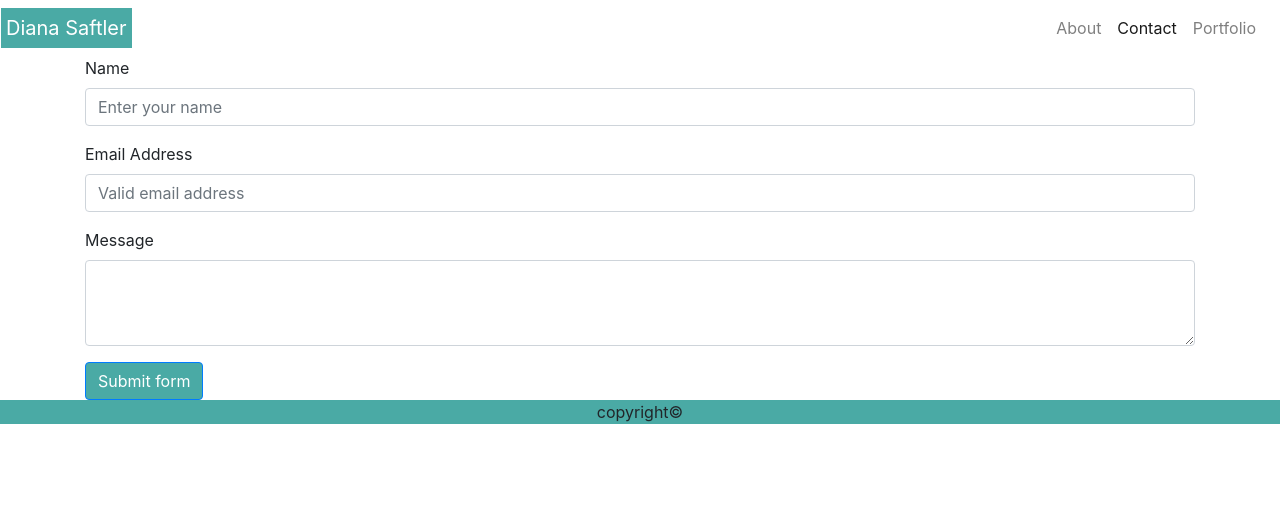
Repository: dsaftler/Bootstrap-Portfolio
Page: contact.html
An editor plug-in stored every save of this project. The page is shown before and after the next save, followed by the edit.
The browser window is 1280 px wide. The pictures show the whole page.

Above is the page before, as saved 2019-03-21 01:05:18.

### contact.html
<!DOCTYPE html>
<html lang="en">
<head>
  <meta charset="UTF-8">
  <meta name="viewport" content="width=device-width, initial-scale=1.0">
  <meta http-equiv="X-UA-Compatible" content="ie=edge">
  <link rel="stylesheet" href="https://stackpath.bootstrapcdn.com/bootstrap/4.1.3/css/bootstrap.min.css" integrity="sha384-MCw98/SFnGE8fJT3GXwEOngsV7Zt27NXFoaoApmYm81iuXoPkFOJwJ8ERdknLPMO" crossorigin="anonymous">
  <link rel="icon" href="assets/images/Peony.jpg" type="image/jpg" sizes="16x16">
  <title>Contact</title>
</head>
<body>
    <nav class="navbar navbar-expand-lg navbar-light" >
        <a class="navbar-brand"  style="background-color: #4aaaa5; color: white; padding-right: 5px; padding-left: 5px; margin-left: -15px" href="#"> Diana Saftler </a>
        <button class="navbar-toggler" type="button" data-toggle="collapse" data-target="#navbarSupportedContent" aria-controls="navbarSupportedContent" aria-expanded="false" aria-label="Toggle navigation">
          <span class="navbar-toggler-icon"></span>
        </button>

        <div class="collapse navbar-collapse" id="navbarSupportedContent">
          <ul class="navbar-nav ml-auto">
            <li class="nav-item">
              <a class="nav-link" href="index.html">About</a>
            </li>
            <li class="nav-item active">
              <a class="nav-link" href="contact.html">Contact<span class="sr-only">(current)</span></a>
            </li>
            <li class="nav-item">
                <a class="nav-link"  href="portfolio.html">Portfolio</a>
             </li>
          </ul>
        </div>
      </nav>
      <div class="container">
          <form>
              <div class="form-group">
                <label for="formGroupExampleInput">Name</label>
                <input type="text" class="form-control" id="formGroupExampleInput" placeholder="Enter your name">
              </div>
              <div class="form-group">
                <label for="formGroupExampleInput2">Email Address</label>
                <input type="text" class="form-control" id="formGroupExampleInput2" placeholder="Valid email address">
              </div>
              <div class="form-group">
                <label for="exampleFormControlTextarea1">Message</label>
                <textarea class="form-control" id="exampleFormControlTextarea1" rows="3"></textarea>
              </div>
              <button class="btn btn-primary" type="submit"; style="background-color: #4aaaa5">Submit form</button>
            </form>
      </div>
      <footer class="footer text-center"; style="background-color:#4aaaa5">
          <div class="container" >
            <span >copyright&copy</span>
          </div>
     </footer>


</body>
</html>

After the next save:
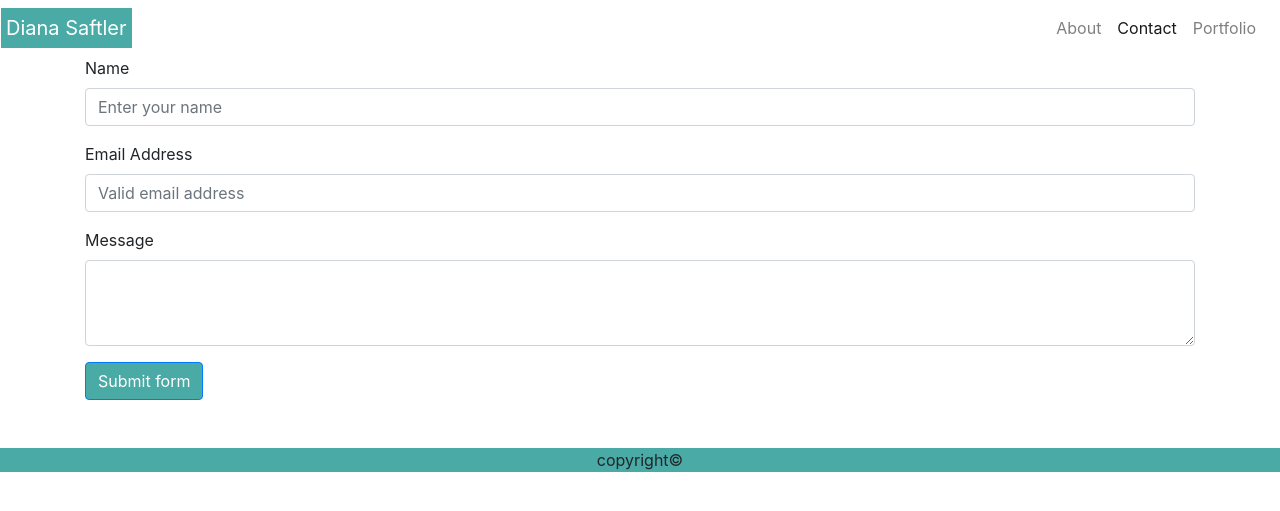
Saved 69 s later.
--- a/contact.html
+++ b/contact.html
@@ -43,7 +43,7 @@
                 <label for="exampleFormControlTextarea1">Message</label>
                 <textarea class="form-control" id="exampleFormControlTextarea1" rows="3"></textarea>
               </div>
-              <button class="btn btn-primary" type="submit"; style="background-color: #4aaaa5">Submit form</button>
+              <button class="btn btn-primary mb-5 " type="submit"; style="background-color: #4aaaa5">Submit form</button>
             </form>
       </div>
       <footer class="footer text-center"; style="background-color:#4aaaa5">
